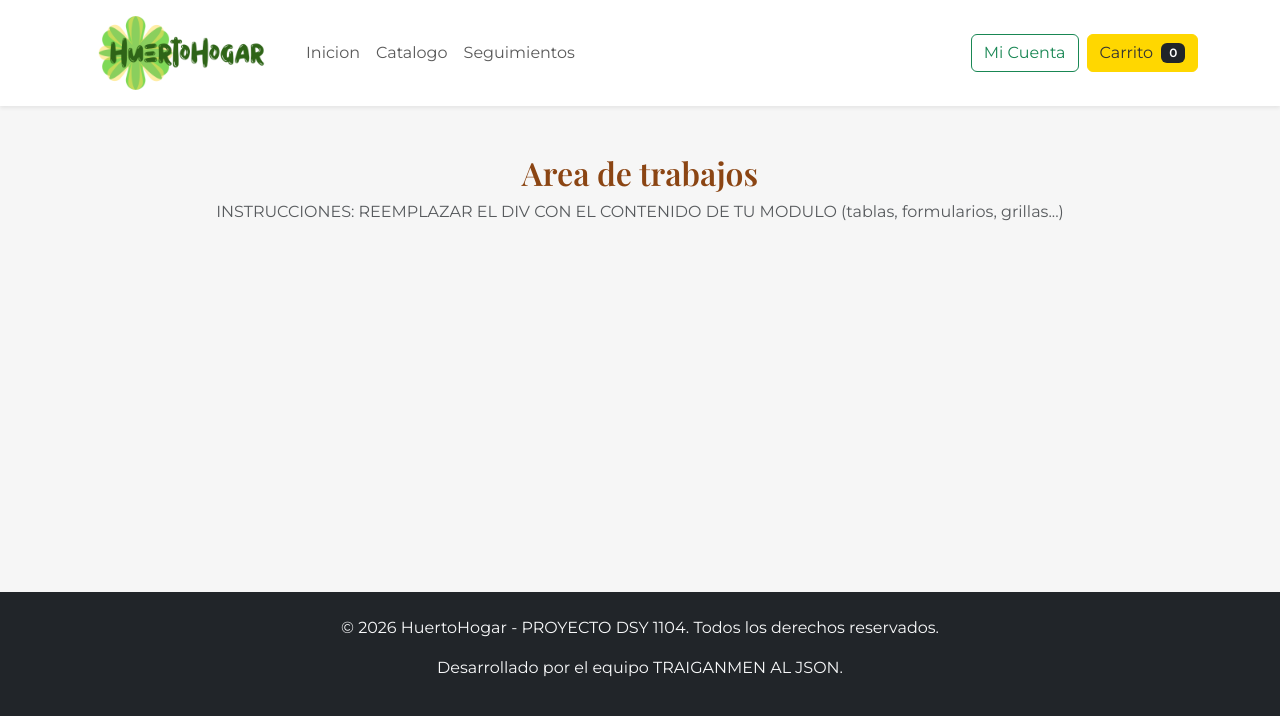
Repository: RottZen/Ev_1_Huerto_Hogar
Page: 7_comunes/plantilla.html
These files come from the project's save history. The page is drawn as it stood at one moment and after the next save; the edit follows.
The browser window is 1280 px wide. The pictures show the whole page.

Above is the page before, as saved 2026-09-08 02:39:00.

After the next save:
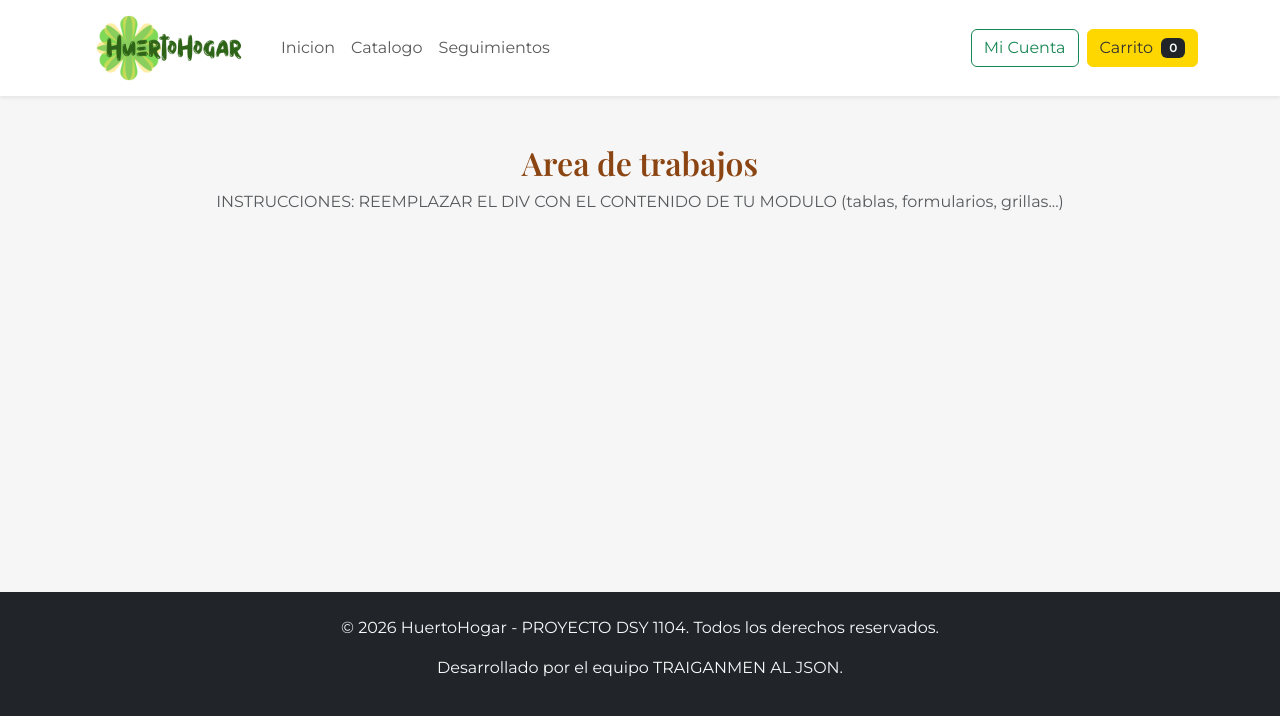
Saved 16 s later.
--- a/7_comunes/global.css
+++ b/7_comunes/global.css
@@ -12,7 +12,7 @@
 
 }
 .logo-header{
-    height: 80px;
+    height: 70px;
     width: auto;
     object-fit: contain;
 
